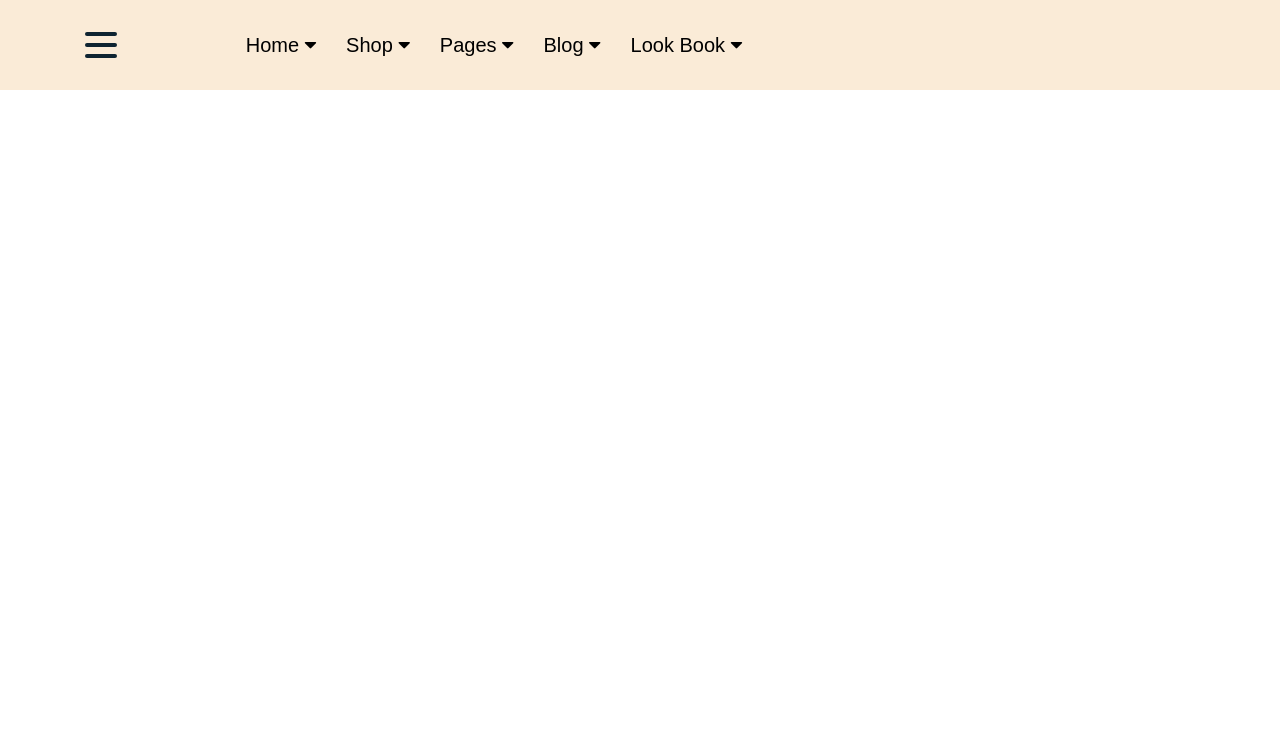
Repository: MorgunovaAlexandra/beauti
Page: index.html
An editor plug-in stored every save of this project. The page is shown before and after the next save, followed by the edit.
The browser window is 1280 px wide. The pictures show the whole page.

Above is the page before, as saved 2022-08-24 14:02:22.

After the next save:
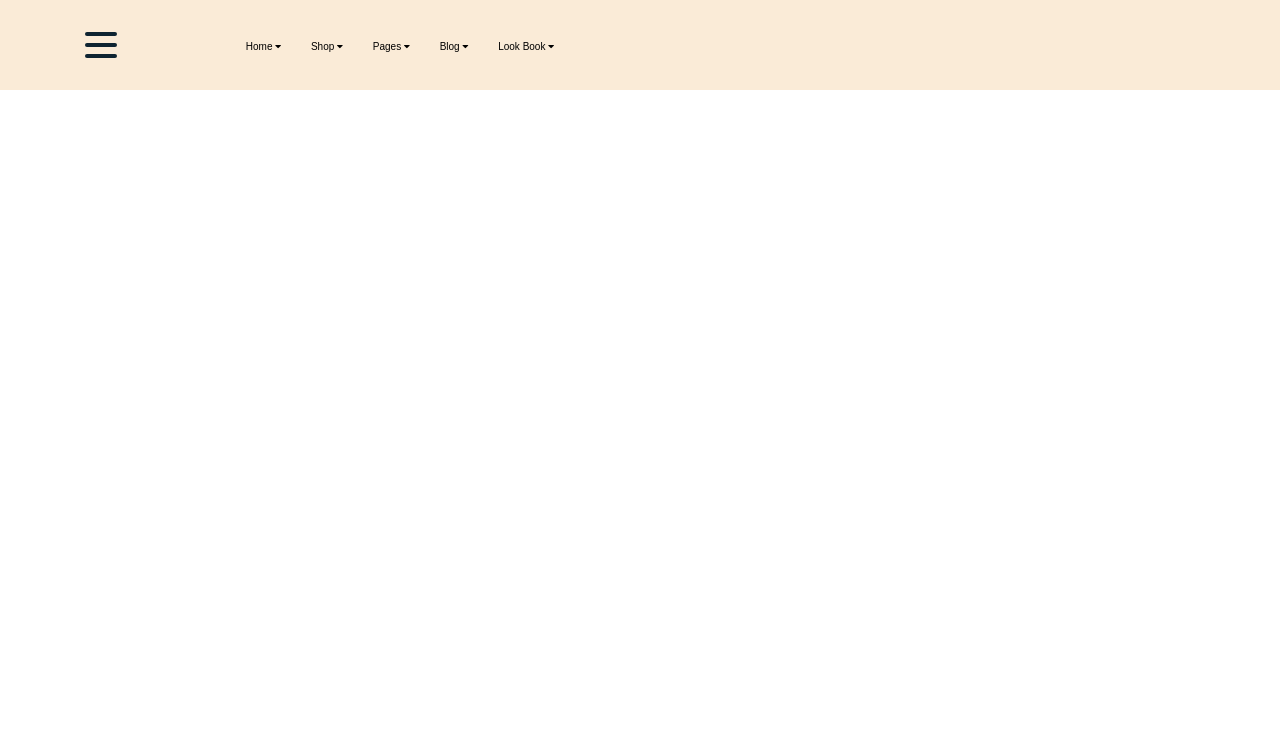
Saved 5 s later.
--- a/style.css
+++ b/style.css
@@ -83,7 +83,7 @@ a{
     font-size: 20px;
     background-color: rgb(156, 153, 153,0) ;
     margin-left: 30px;
-    font-size: 20px;
+    font-size: 10px;
 }
 .dropdown-content{
     display: none;
